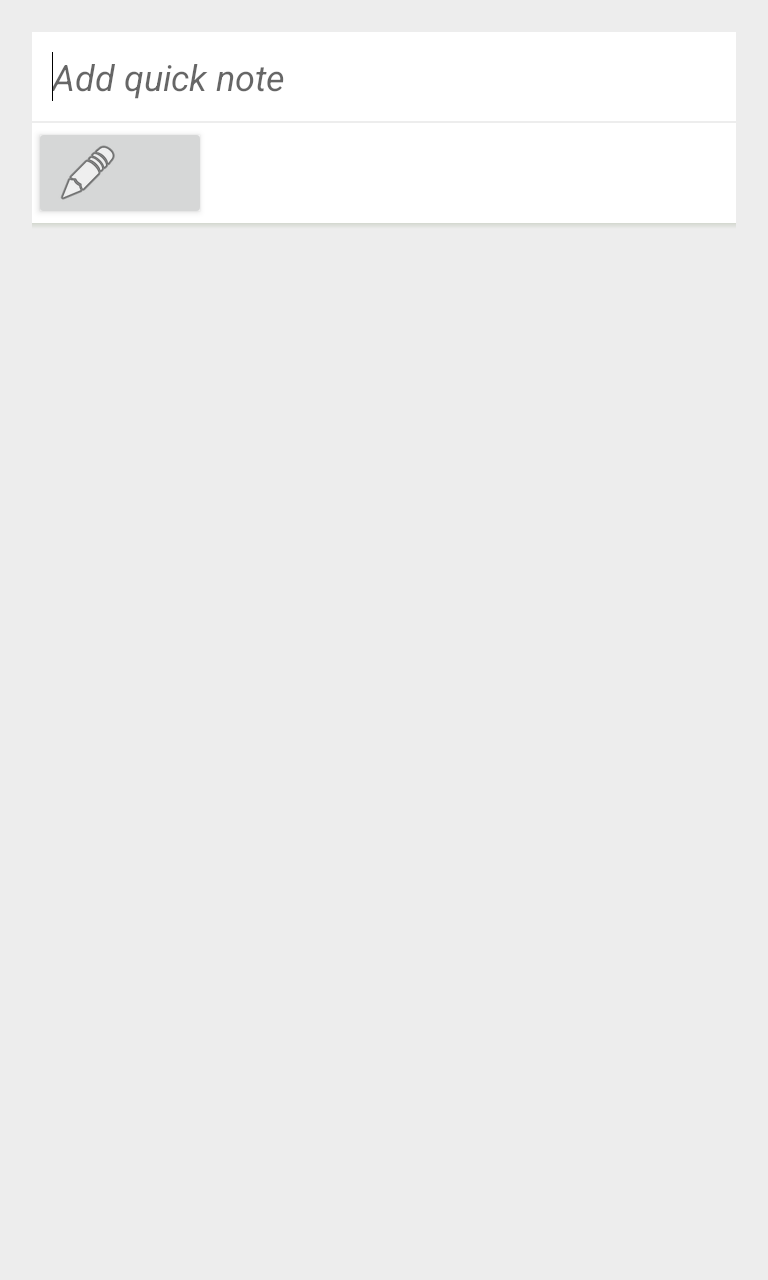
Repository: ishwormali/practices
Layout: Android/GoogleKeep/GoogleKeep/res/layout/fragment_main.xml
The author's editor kept a copy of each file at every save. The layout is drawn from the files as they stood at one save, then again after the next save.
It is drawn on a 768 x 1280 px phone screen (xhdpi) without system bars, with theme Theme.Orangeboom; the app's code is not run. The app's manifest (not shown) leaves right-to-left support off. So textAlignment, textDirection and layoutDirection are ignored, and left and right values win over start and end ones.

Above is the layout before, as saved 2014-04-01 06:16:15.

### Android/GoogleKeep/GoogleKeep/res/layout/fragment_main.xml
<RelativeLayout xmlns:android="http://schemas.android.com/apk/res/android"
    xmlns:tools="http://schemas.android.com/tools"
    android:layout_width="match_parent"
    android:layout_height="match_parent"
    android:paddingBottom="@dimen/activity_vertical_margin"
    android:paddingLeft="@dimen/activity_horizontal_margin"
    android:paddingRight="@dimen/activity_horizontal_margin"
    android:paddingTop="@dimen/activity_vertical_margin"
    tools:context="com.practices.googlekeep.MainActivity$PlaceholderFragment"
    android:background="@color/main_background"
      >

    <LinearLayout
        android:layout_width="match_parent"
        android:layout_height="wrap_content"
        android:layout_alignParentTop="true"
        android:layout_centerHorizontal="true"
        android:background="@drawable/area_container"
        android:orientation="vertical" >

        <EditText
            android:id="@+id/text_quicknote"
            android:layout_width="match_parent"
            android:layout_height="wrap_content"
            android:ems="10"  android:hint="@string/add_quick_note"
            android:background="@drawable/edit_box"
            android:textColor="@android:color/black"
android:textCursorDrawable="@null" android:padding="10dp"
             >

            <requestFocus />
        </EditText>
        <View
android:layout_width="fill_parent"
android:layout_height="1dip"
android:background="@color/main_background" />


        <LinearLayout android:layout_width="fill_parent"
            android:layout_height="50dp"
             >
            <Button android:layout_width="wrap_content"
                android:layout_height="wrap_content"
                android:drawableStart="@android:drawable/ic_menu_edit"
                />
        </LinearLayout>

         <View
    android:id="@+id/divider"
    android:background="@drawable/drop_shadow"
    android:layout_width="match_parent"
    android:layout_height="3sp"
     />
    </LinearLayout>

</RelativeLayout>

### Android/GoogleKeep/GoogleKeep/res/values-v14/themes.xml
<?xml version="1.0" encoding="utf-8"?>
<!-- File created by the Android Action Bar Style Generator

     Copyright (C) 2011 The Android Open Source Project
     Copyright (C) 2012 readyState Software Ltd

     Licensed under the Apache License, Version 2.0 (the "License");
     you may not use this file except in compliance with the License.
     You may obtain a copy of the License at

          http://www.apache.org/licenses/LICENSE-2.0

     Unless required by applicable law or agreed to in writing, software
     distributed under the License is distributed on an "AS IS" BASIS,
     WITHOUT WARRANTIES OR CONDITIONS OF ANY KIND, either express or implied.
     See the License for the specific language governing permissions and
     limitations under the License.
-->

<resources xmlns:android="http://schemas.android.com/apk/res/android">

    <style name="Theme.Orangeboom" parent="@style/Theme.AppCompat.Light">
        <item name="android:actionBarItemBackground">@drawable/selectable_background_orangeboom</item>
        <item name="android:popupMenuStyle">@style/PopupMenu.Orangeboom</item>
        <item name="android:dropDownListViewStyle">@style/DropDownListView.Orangeboom</item>
        <item name="android:actionBarTabStyle">@style/ActionBarTabStyle.Orangeboom</item>
        <item name="android:actionDropDownStyle">@style/DropDownNav.Orangeboom</item>
        <item name="android:actionBarStyle">@style/ActionBar.Solid.Orangeboom</item>
        <item name="android:actionModeBackground">@drawable/cab_background_top_orangeboom</item>
        <item name="android:actionModeSplitBackground">@drawable/cab_background_bottom_orangeboom</item>
        <item name="android:actionModeCloseButtonStyle">@style/ActionButton.CloseMode.Orangeboom</item>
         <item name="actionMenuTextColor">@android:color/white</item>

    </style>

    <style name="ActionBar.Solid.Orangeboom" parent="@style/Widget.AppCompat.Light.ActionBar.Solid">
        <item name="android:background">@drawable/ab_solid_orangeboom</item>
        <item name="android:backgroundStacked">@drawable/ab_stacked_solid_orangeboom</item>
        <item name="android:backgroundSplit">@drawable/ab_bottom_solid_orangeboom</item>
        <item name="android:progressBarStyle">@style/ProgressBar.Orangeboom</item>
       <item name="android:titleTextStyle">@style/ActionBar.TextStyle.Orangeboom</item>
<!--        <item name="android:logo">@drawable/text_x_todo</item> -->
    </style>

    <style name="ActionBar.TextStyle.Orangeboom"
           parent="@style/TextAppearance.AppCompat.Widget.ActionBar.Title">
        <item name="android:textColor">@android:color/white</item>
    </style>

    <style name="ActionBar.Transparent.Orangeboom" parent="@style/Widget.AppCompat.Light.ActionBar">
        <item name="android:background">@drawable/ab_transparent_orangeboom</item>
        <item name="android:progressBarStyle">@style/ProgressBar.Orangeboom</item>
    </style>

    <!-- this style is only referenced in a Light.DarkActionBar based theme -->
    <style name="Theme.Orangeboom.Widget" parent="@style/Theme.AppCompat">
        <item name="android:popupMenuStyle">@style/PopupMenu.Orangeboom</item>
        <item name="android:dropDownListViewStyle">@style/DropDownListView.Orangeboom</item>
    </style>

</resources>

### Android/GoogleKeep/GoogleKeep/res/values/themes.xml
<?xml version="1.0" encoding="utf-8"?>
<!-- File created by the Android Action Bar Style Generator

     Copyright (C) 2011 The Android Open Source Project
     Copyright (C) 2012 readyState Software Ltd

     Licensed under the Apache License, Version 2.0 (the "License");
     you may not use this file except in compliance with the License.
     You may obtain a copy of the License at

          http://www.apache.org/licenses/LICENSE-2.0

     Unless required by applicable law or agreed to in writing, software
     distributed under the License is distributed on an "AS IS" BASIS,
     WITHOUT WARRANTIES OR CONDITIONS OF ANY KIND, either express or implied.
     See the License for the specific language governing permissions and
     limitations under the License.
-->

<resources xmlns:android="http://schemas.android.com/apk/res/android">

    <style name="Theme.Orangeboom" parent="@style/Theme.AppCompat.Light">
        <item name="actionBarItemBackground">@drawable/selectable_background_orangeboom</item>
        <item name="popupMenuStyle">@style/PopupMenu.Orangeboom</item>
        <item name="dropDownListViewStyle">@style/DropDownListView.Orangeboom</item>
        <item name="actionBarTabStyle">@style/ActionBarTabStyle.Orangeboom</item>
        <item name="actionDropDownStyle">@style/DropDownNav.Orangeboom</item>
        <item name="actionBarStyle">@style/ActionBar.Solid.Orangeboom</item>
        <item name="actionModeBackground">@drawable/cab_background_top_orangeboom</item>
        <item name="actionModeSplitBackground">@drawable/cab_background_bottom_orangeboom</item>
        <item name="actionModeCloseButtonStyle">@style/ActionButton.CloseMode.Orangeboom</item>
 <item name="actionMenuTextColor">@android:color/white</item>


    </style>

    <style name="ActionBar.Solid.Orangeboom" parent="@style/Widget.AppCompat.Light.ActionBar.Solid">
        <item name="background">@drawable/ab_solid_orangeboom</item>
        <item name="backgroundStacked">@drawable/ab_stacked_solid_orangeboom</item>
        <item name="backgroundSplit">@drawable/ab_bottom_solid_orangeboom</item>
        <item name="progressBarStyle">@style/ProgressBar.Orangeboom</item>
         <item name="titleTextStyle">@style/ActionBar.TextStyle.Orangeboom</item>
<!--          <item name="logo">@drawable/text_x_todo</item> -->
    </style>

     <style name="ActionBar.TextStyle.Orangeboom"
           parent="@style/TextAppearance.AppCompat.Widget.ActionBar.Title">
        <item name="android:textColor">@android:color/white</item>
    </style>

    <style name="ActionBar.Transparent.Orangeboom" parent="@style/Widget.AppCompat.Light.ActionBar">
        <item name="background">@drawable/ab_transparent_orangeboom</item>
        <item name="progressBarStyle">@style/ProgressBar.Orangeboom</item>
    </style>

    <style name="PopupMenu.Orangeboom" parent="@style/Widget.AppCompat.Light.PopupMenu">
        <item name="android:popupBackground">@drawable/menu_dropdown_panel_orangeboom</item>
    </style>

    <style name="DropDownListView.Orangeboom" parent="@style/Widget.AppCompat.Light.ListView.DropDown">
        <item name="android:listSelector">@drawable/selectable_background_orangeboom</item>
    </style>

    <style name="ActionBarTabStyle.Orangeboom" parent="@style/Widget.AppCompat.Light.ActionBar.TabView">
        <item name="android:background">@drawable/tab_indicator_ab_orangeboom</item>
        <item name="android:textColor">@android:color/white</item>
    </style>

    <style name="DropDownNav.Orangeboom" parent="@style/Widget.AppCompat.Light.Spinner.DropDown.ActionBar">
        <item name="android:background">@drawable/spinner_background_ab_orangeboom</item>
        <item name="android:popupBackground">@drawable/menu_dropdown_panel_orangeboom</item>
        <item name="android:dropDownSelector">@drawable/selectable_background_orangeboom</item>
    </style>

    <style name="ProgressBar.Orangeboom" parent="@style/Widget.AppCompat.ProgressBar.Horizontal">
        <item name="android:progressDrawable">@drawable/progress_horizontal_orangeboom</item>
    </style>

    <style name="ActionButton.CloseMode.Orangeboom" parent="@style/Widget.AppCompat.Light.ActionButton.CloseMode">
        <item name="android:background">@drawable/btn_cab_done_orangeboom</item>
    </style>

    <!-- this style is only referenced in a Light.DarkActionBar based theme -->
    <style name="Theme.Orangeboom.Widget" parent="@style/Theme.AppCompat">
        <item name="popupMenuStyle">@style/PopupMenu.Orangeboom</item>
        <item name="dropDownListViewStyle">@style/DropDownListView.Orangeboom</item>
    </style>

</resources>

### Android/GoogleKeep/GoogleKeep/res/drawable/selectable_background_orangeboom.xml
<?xml version="1.0" encoding="utf-8"?>
<!-- File created by the Android Action Bar Style Generator

     Copyright (C) 2011 The Android Open Source Project
     Copyright (C) 2012 readyState Software Ltd

     Licensed under the Apache License, Version 2.0 (the "License");
     you may not use this file except in compliance with the License.
     You may obtain a copy of the License at

          http://www.apache.org/licenses/LICENSE-2.0

     Unless required by applicable law or agreed to in writing, software
     distributed under the License is distributed on an "AS IS" BASIS,
     WITHOUT WARRANTIES OR CONDITIONS OF ANY KIND, either express or implied.
     See the License for the specific language governing permissions and
     limitations under the License.
-->

<selector xmlns:android="http://schemas.android.com/apk/res/android"
        android:exitFadeDuration="@android:integer/config_mediumAnimTime" >
    <item android:state_pressed="false" android:state_focused="true" android:drawable="@drawable/list_focused_orangeboom" />
    <item android:state_pressed="true" android:drawable="@drawable/list_pressed_orangeboom" />
    <item android:drawable="@android:color/transparent" />
</selector>

### Android/GoogleKeep/GoogleKeep/res/drawable/btn_cab_done_orangeboom.xml
<?xml version="1.0" encoding="utf-8"?>
<!-- File created by the Android Action Bar Style Generator

     Copyright (C) 2011 The Android Open Source Project
     Copyright (C) 2012 readyState Software Ltd

     Licensed under the Apache License, Version 2.0 (the "License");
     you may not use this file except in compliance with the License.
     You may obtain a copy of the License at

          http://www.apache.org/licenses/LICENSE-2.0

     Unless required by applicable law or agreed to in writing, software
     distributed under the License is distributed on an "AS IS" BASIS,
     WITHOUT WARRANTIES OR CONDITIONS OF ANY KIND, either express or implied.
     See the License for the specific language governing permissions and
     limitations under the License.
-->

<selector xmlns:android="http://schemas.android.com/apk/res/android">
    <item android:state_pressed="true"
        android:drawable="@drawable/btn_cab_done_pressed_orangeboom" />
    <item android:state_focused="true" android:state_enabled="true"
        android:drawable="@drawable/btn_cab_done_focused_orangeboom" />
    <item android:state_enabled="true"
        android:drawable="@drawable/btn_cab_done_default_orangeboom" />
</selector>

### Android/GoogleKeep/GoogleKeep/res/drawable/progress_horizontal_orangeboom.xml
<?xml version="1.0" encoding="utf-8"?>
<!-- File created by the Android Action Bar Style Generator

     Copyright (C) 2011 The Android Open Source Project
     Copyright (C) 2012 readyState Software Ltd

     Licensed under the Apache License, Version 2.0 (the "License");
     you may not use this file except in compliance with the License.
     You may obtain a copy of the License at

          http://www.apache.org/licenses/LICENSE-2.0

     Unless required by applicable law or agreed to in writing, software
     distributed under the License is distributed on an "AS IS" BASIS,
     WITHOUT WARRANTIES OR CONDITIONS OF ANY KIND, either express or implied.
     See the License for the specific language governing permissions and
     limitations under the License.
-->

<layer-list xmlns:android="http://schemas.android.com/apk/res/android">

    <item android:id="@android:id/background"
          android:drawable="@drawable/progress_bg_orangeboom" />

    <item android:id="@android:id/secondaryProgress">
        <scale android:scaleWidth="100%"
               android:drawable="@drawable/progress_secondary_orangeboom" />
    </item>

    <item android:id="@android:id/progress">
        <scale android:scaleWidth="100%"
               android:drawable="@drawable/progress_primary_orangeboom" />
    </item>

</layer-list>

### Android/GoogleKeep/GoogleKeep/res/drawable/spinner_background_ab_orangeboom.xml
<?xml version="1.0" encoding="utf-8"?>
<!-- File created by the Android Action Bar Style Generator

     Copyright (C) 2011 The Android Open Source Project
     Copyright (C) 2012 readyState Software Ltd

     Licensed under the Apache License, Version 2.0 (the "License");
     you may not use this file except in compliance with the License.
     You may obtain a copy of the License at

          http://www.apache.org/licenses/LICENSE-2.0

     Unless required by applicable law or agreed to in writing, software
     distributed under the License is distributed on an "AS IS" BASIS,
     WITHOUT WARRANTIES OR CONDITIONS OF ANY KIND, either express or implied.
     See the License for the specific language governing permissions and
     limitations under the License.
-->

<selector xmlns:android="http://schemas.android.com/apk/res/android">
    <item android:state_enabled="false"
        android:drawable="@drawable/spinner_ab_disabled_orangeboom" />
    <item android:state_pressed="true"
        android:drawable="@drawable/spinner_ab_pressed_orangeboom" />
    <item android:state_pressed="false" android:state_focused="true"
        android:drawable="@drawable/spinner_ab_focused_orangeboom" />
    <item android:drawable="@drawable/spinner_ab_default_orangeboom" />
</selector>

### Android/GoogleKeep/GoogleKeep/res/drawable/tab_indicator_ab_orangeboom.xml
<?xml version="1.0" encoding="utf-8"?>
<!-- File created by the Android Action Bar Style Generator

     Copyright (C) 2011 The Android Open Source Project
     Copyright (C) 2012 readyState Software Ltd

     Licensed under the Apache License, Version 2.0 (the "License");
     you may not use this file except in compliance with the License.
     You may obtain a copy of the License at

          http://www.apache.org/licenses/LICENSE-2.0

     Unless required by applicable law or agreed to in writing, software
     distributed under the License is distributed on an "AS IS" BASIS,
     WITHOUT WARRANTIES OR CONDITIONS OF ANY KIND, either express or implied.
     See the License for the specific language governing permissions and
     limitations under the License.
-->

<selector xmlns:android="http://schemas.android.com/apk/res/android">
    <!-- Non focused states -->
    <item android:state_focused="false" android:state_selected="false" android:state_pressed="false" android:drawable="@android:color/transparent" />
    <item android:state_focused="false" android:state_selected="true"  android:state_pressed="false" android:drawable="@drawable/tab_selected_orangeboom" />

    <!-- Focused states -->
    <item android:state_focused="true" android:state_selected="false" android:state_pressed="false" android:drawable="@drawable/tab_unselected_focused_orangeboom" />
    <item android:state_focused="true" android:state_selected="true"  android:state_pressed="false" android:drawable="@drawable/tab_selected_focused_orangeboom" />

    <!-- Pressed -->
    <!--    Non focused states -->
    <item android:state_focused="false" android:state_selected="false" android:state_pressed="true" android:drawable="@drawable/tab_unselected_pressed_orangeboom" />
    <item android:state_focused="false" android:state_selected="true"  android:state_pressed="true" android:drawable="@drawable/tab_selected_pressed_orangeboom" />

    <!--    Focused states -->
    <item android:state_focused="true" android:state_selected="false" android:state_pressed="true" android:drawable="@drawable/tab_unselected_pressed_orangeboom" />
    <item android:state_focused="true" android:state_selected="true"  android:state_pressed="true" android:drawable="@drawable/tab_selected_pressed_orangeboom" />
</selector>

### Android/GoogleKeep/GoogleKeep/res/values/dimens.xml
<resources>

    <!-- Default screen margins, per the Android Design guidelines. -->
    <dimen name="activity_horizontal_margin">16dp</dimen>
    <dimen name="activity_vertical_margin">16dp</dimen>

</resources>

### Android/GoogleKeep/GoogleKeep/res/values/Color.xml
<?xml version="1.0" encoding="utf-8"?>
<resources>
    <color name="main_background">#EDEDED</color>
    <color name="area_container_background">#FFFFFF</color>

</resources>

### Android/GoogleKeep/GoogleKeep/res/drawable/area_container.xml
<?xml version="1.0" encoding="utf-8"?>
<shape xmlns:android="http://schemas.android.com/apk/res/android"

    >
    <solid android:color="@color/area_container_background"/>

</shape>

### Android/GoogleKeep/GoogleKeep/res/values/strings.xml
<?xml version="1.0" encoding="utf-8"?>
<resources>

    <string name="app_name">GoogleKeep</string>
    <string name="hello_world">Hello world!</string>
    <string name="action_settings">Settings</string>
	<string name="add_quick_note"><i>Add quick note</i></string>
</resources>

### Android/GoogleKeep/GoogleKeep/res/drawable/edit_box.xml
<?xml version="1.0" encoding="utf-8"?>
<shape xmlns:android="http://schemas.android.com/apk/res/android"
    android:shape="rectangle"
    android:padding="10dp"
     >

<solid android:color="#FFFFFF"/>

</shape>

### Android/GoogleKeep/GoogleKeep/res/drawable/drop_shadow.xml
<?xml version="1.0" encoding="utf-8"?>
<shape xmlns:android="http://schemas.android.com/apk/res/android" android:shape="rectangle">
  <gradient
    android:startColor="@color/main_background"

    android:endColor="#d3d7cf"
    android:angle="90" />
</shape>

Loaded but not shown: Android/GoogleKeep/GoogleKeep/res/values-w820dp/dimens.xml (common file)

After the next save:
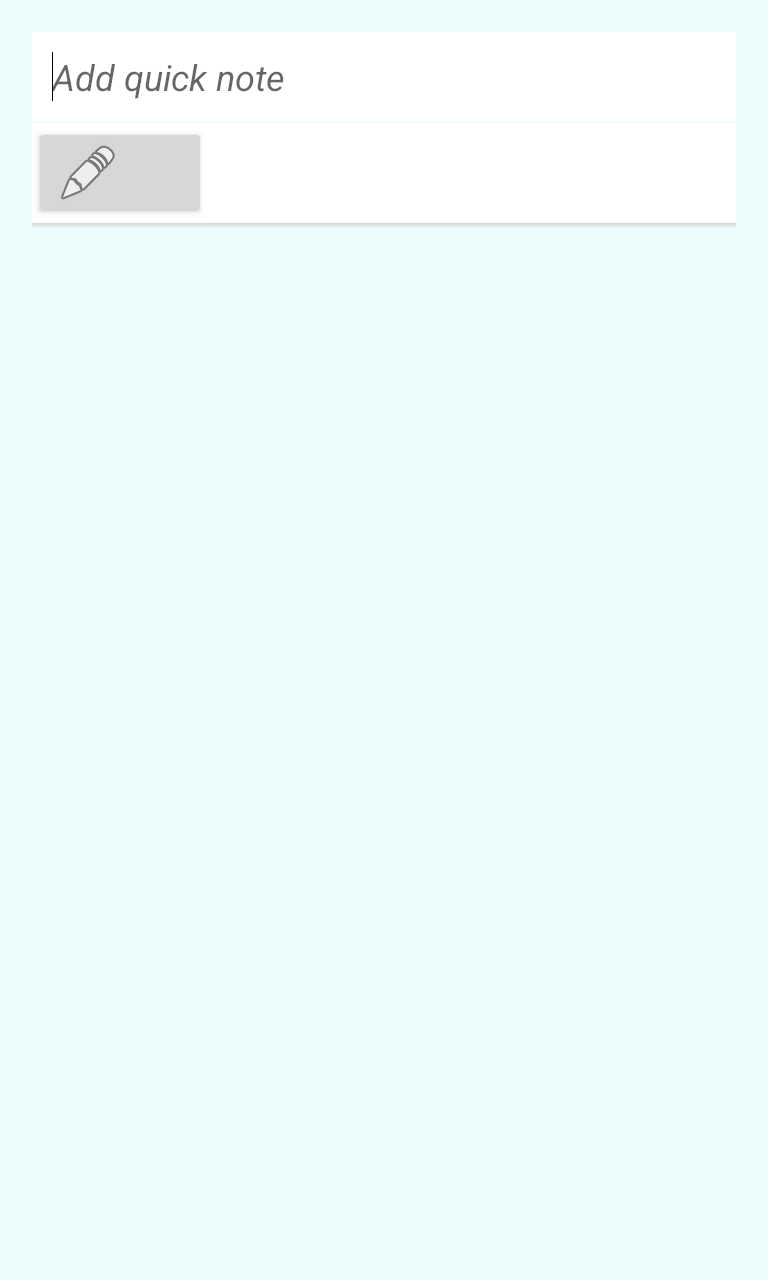
Saved 64 min 4 s later.
--- a/Android/GoogleKeep/GoogleKeep/res/values/Color.xml
+++ b/Android/GoogleKeep/GoogleKeep/res/values/Color.xml
@@ -1,6 +1,6 @@
 <?xml version="1.0" encoding="utf-8"?>
 <resources>
-    <color name="main_background">#EDEDED</color>
+    <color name="main_background">#EDFDFD</color>
     <color name="area_container_background">#FFFFFF</color>
 
 </resources>
